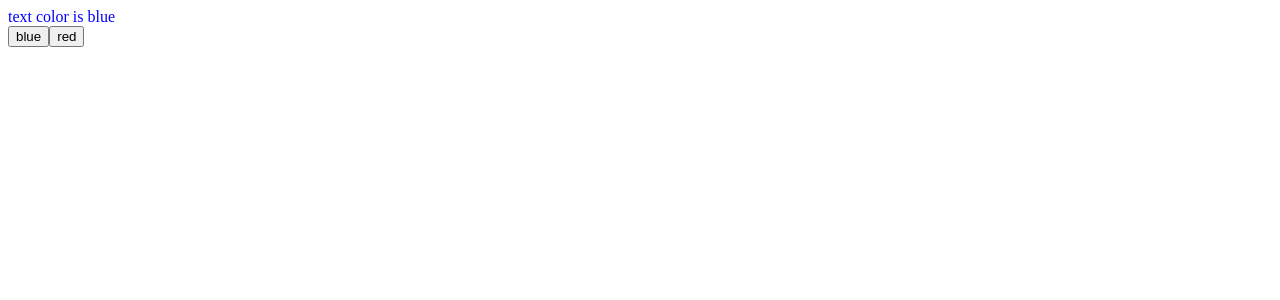
Repository: fuuka10969/react
Page: / (app in demo/react-hooks/demo01/)
The author's editor kept a copy of each file at every save. The page is drawn from the files as they stood at one save, then again after the next save.
The browser window is 1280 px wide. The pictures show the whole page.
The project was rebuilt for these pictures with package versions that can differ from the ones it lists, and the page was loaded fresh each time.

Above is the page before, as saved 2021-02-11 15:45:07.

### demo/react-hooks/demo01/src/index.js
import React from 'react';
import ReactDOM from 'react-dom';
// import Example from './Example';
// import Example2 from './Example2';
// import Example4 from './Example4';
// import Example5 from './Example5';
import Example6 from './example6/Example6';

ReactDOM.render(
    <Example6 />,
  document.getElementById('root')
);

### demo/react-hooks/demo01/src/example6/Example6.js
import React from 'react';
import Buttons from './Buttons';
import { Color } from './color';
import ShowArea from './ShowArea';

function Example6() {
  return (
    <div>
      <Color>
        <ShowArea />
        <Buttons />
      </Color>
    </div>
  )
}

export default Example6

### demo/react-hooks/demo01/src/example6/Buttons.js
import React, {useContext} from 'react';

import {ColorContext, UPDATE_COLOR} from './color'

function Buttons() {
  const {dispatch} = useContext(ColorContext)
  return (
    <div>
      <button>blue</button>
      <button>red</button>
    </div>
  )
}

export default Buttons

### demo/react-hooks/demo01/src/example6/color.js
import React, { createContext, useReducer } from 'react';

export const ColorContext = createContext()

export const UPDATE_COLOR = "UPDATE_COLOR"

const reducer = (state, action) => {
  switch(action.type) {
    case UPDATE_COLOR:
      return action.color;
    default:
      return state
  }
}

export const Color = props => {
  const [color, dispatch] = useReducer(reducer, 'blue')
  return (
    <ColorContext.Provider value={{color, dispatch}}>
      {props.children}
    </ColorContext.Provider>
  )
}

### demo/react-hooks/demo01/src/example6/ShowArea.js
import React, {useContext} from 'react';

import {ColorContext} from './color'

function ShowArea() {
  const {color} = useContext(ColorContext)
  return (
    <div style={{color: color}}>text color is blue</div>
  )
}

export default ShowArea

Loaded but not shown: demo/react-hooks/demo01/public/index.html (common file)

After the next save:
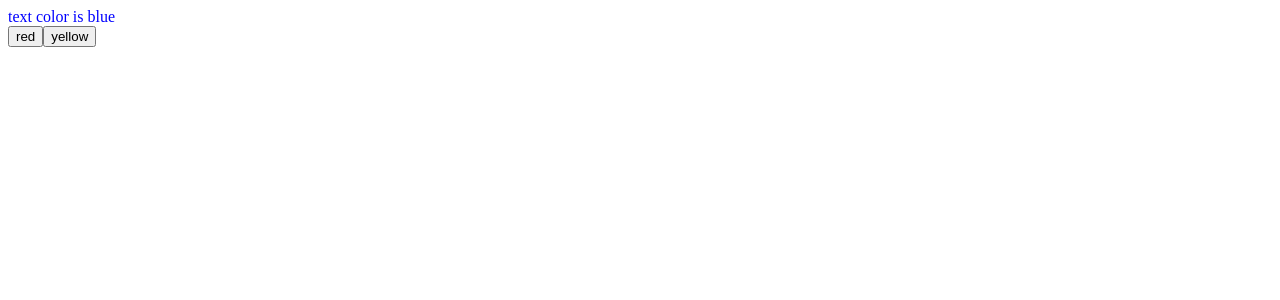
Saved 69 s later.
--- a/demo/react-hooks/demo01/src/example6/Buttons.js
+++ b/demo/react-hooks/demo01/src/example6/Buttons.js
@@ -6,8 +6,8 @@ function Buttons() {
   const {dispatch} = useContext(ColorContext)
   return (
     <div>
-      <button>blue</button>
-      <button>red</button>
+      <button onClick={() => dispatch({type: UPDATE_COLOR, color: 'red'})}>red</button>
+      <button onClick={() => dispatch({type: UPDATE_COLOR, color: 'yellow'})}>yellow</button>
     </div>
   )
 }
